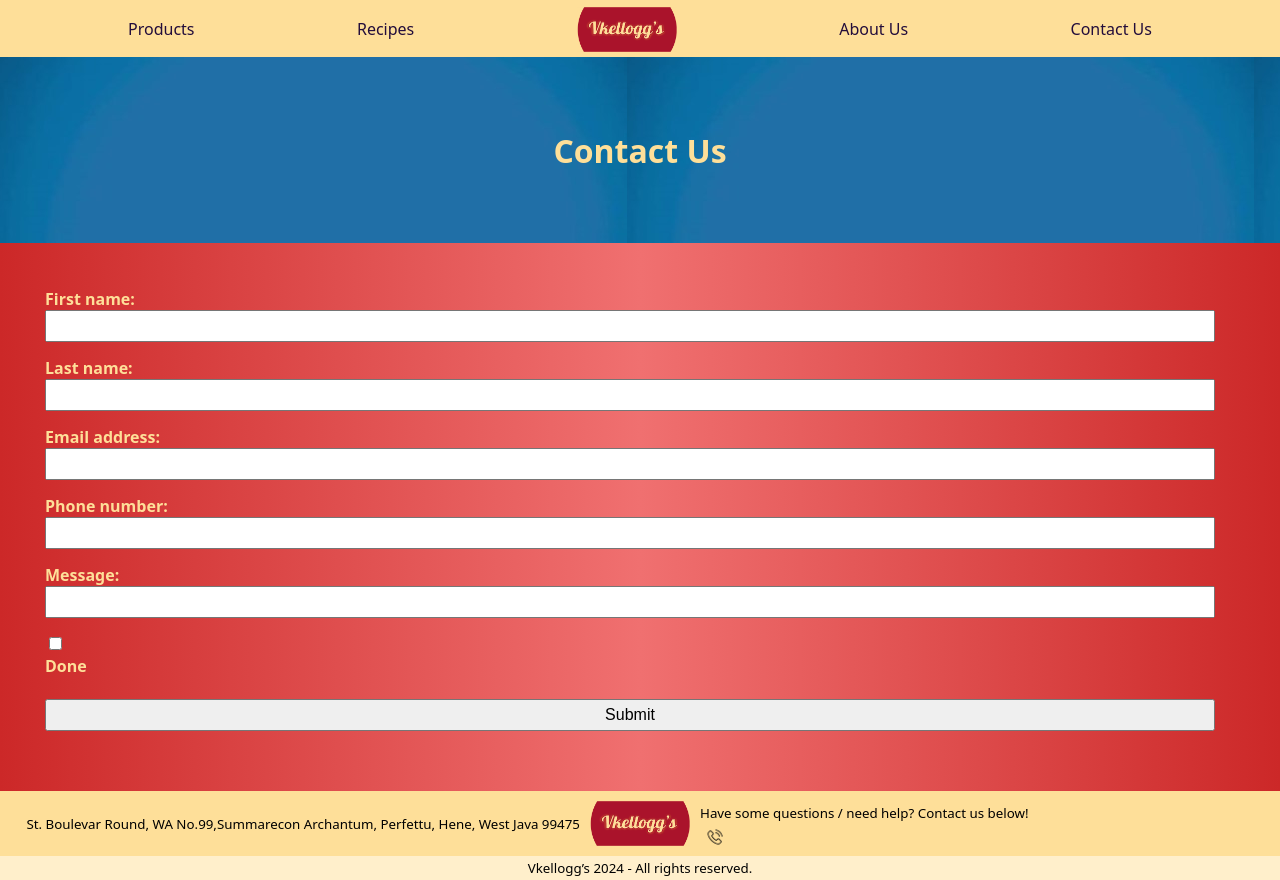
Repository: sugralld/VKelloggs
Page: Code and Assets/html/contactus.html
These files come from the project's save history. The page is drawn as it stood at one moment and after the next save; the edit follows.
The browser window is 1280 px wide. The pictures show the whole page.

Above is the page before, as saved 2024-12-03 21:19:25.

After the next save:
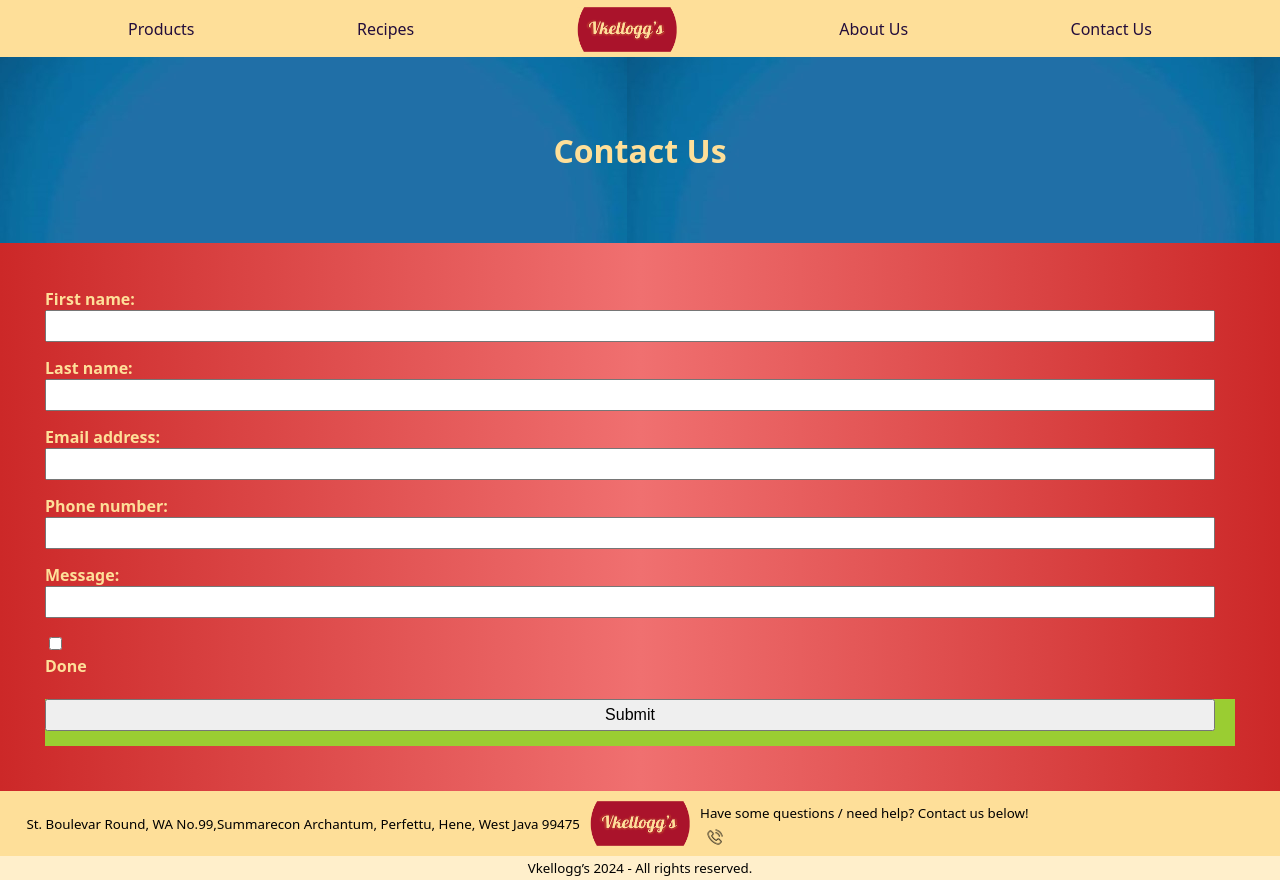
Saved 17 s later.
--- a/Code and Assets/css/contactus.css
+++ b/Code and Assets/css/contactus.css
@@ -33,5 +33,5 @@
 }
 
 .form .button-container{
-    color: yellowgreen;
+    background-color: yellowgreen;
 }
